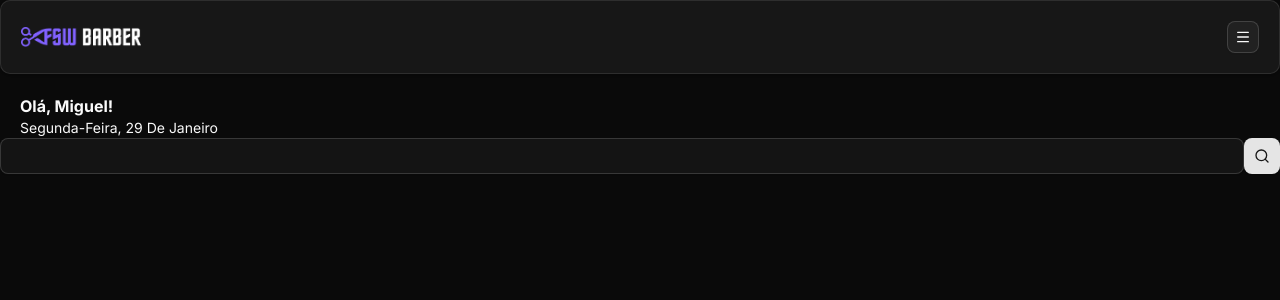
Repository: PaulinhoMachadooo/Barber
Page: /
These files come from the project's save history. The page is drawn as it stood at one moment and after the next save; the edit follows.
The browser window is 1280 px wide. The pictures show the whole page.
The project was rebuilt for these pictures with package versions that can differ from the ones it lists, and the page was loaded fresh each time. The framework's server and built-in components were replaced by stand-ins that run in the browser. Also part of the build but not shown: next.config.ts.

Above is the page before, as saved 2025-04-08 21:27:56.

After the next save:
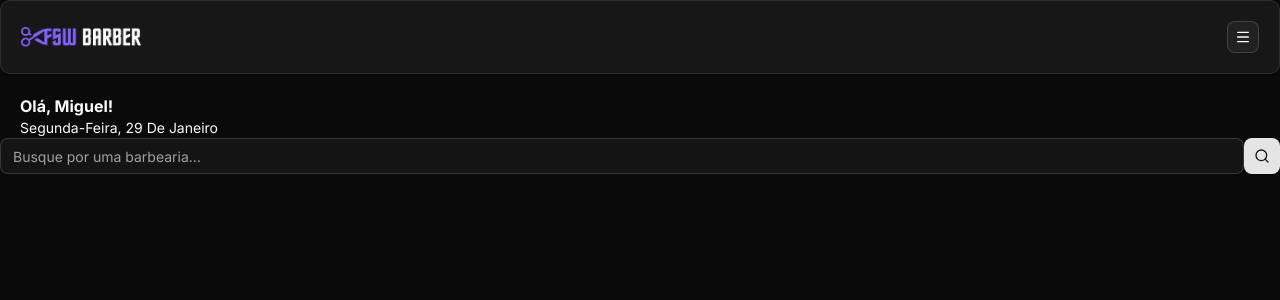
Saved 76 s later.
--- a/app/(home)/_components/search.tsx
+++ b/app/(home)/_components/search.tsx
@@ -7,7 +7,7 @@ import { SearchIcon } from "lucide-react";
 const Search = () => {
     return (
         <div className="flex items-center">
-           <Input />
+           <Input placeholder="Busque por uma barbearia..."/>
            <Button variant="default" size="icon">
                 <SearchIcon size={18} />
            </Button>
